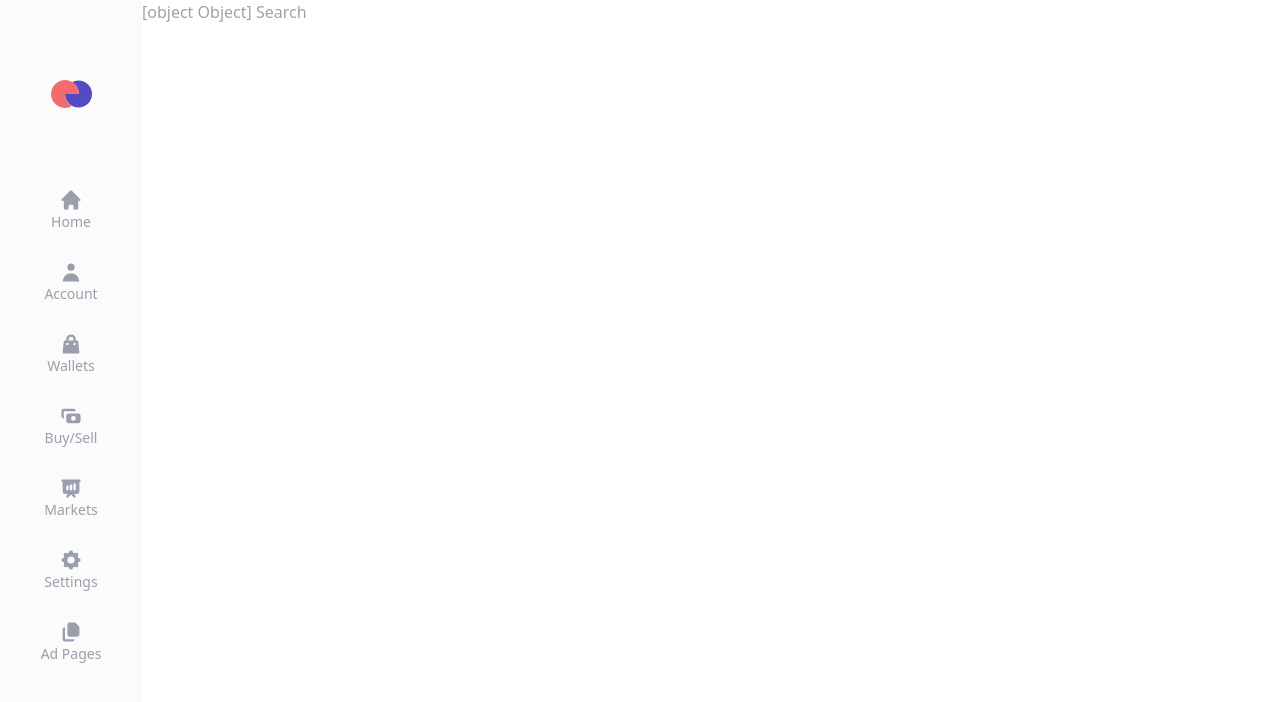
Repository: almaqdad55/crypto-app-nextjs
Page: /
These files come from the project's save history. The page is drawn as it stood at one moment and after the next save; the edit follows.
The browser window is 1280 px wide. The pictures show the whole page.
The project was rebuilt for these pictures with package versions that can differ from the ones it lists, and the page was loaded fresh each time. The framework's server and built-in components were replaced by stand-ins that run in the browser.

Above is the page before, as saved 2022-01-04 19:56:08.

### pages/index.js
import Head from 'next/head';
import Sidebar from '../components/Sidebar';
import Feed from '../components/Feed';

export default function Home() {
  return (
    <div className="">
      <Head>
        <title>Crypto Trade</title>
        <link rel="icon" href="/logo.svg" />
      </Head>

      <main className="flex">
        <Sidebar />
        <Feed />
        {/* Widget */}
      </main>
    </div>
  );
}

### styles/globals.css
@import url('https://fonts.googleapis.com/css2?family=Lato:wght@300;400;700&display=swap');

@tailwind base;
@tailwind components;
@tailwind utilities;

@layer base {
  body {
    @apply bg-white;
  }
}

@layer components {
  .icon-group {
    @apply flex flex-col  items-center text-sm cursor-pointer text-[#9A9FAD] hover:text-[#544AC3] transition duration-200;
  }
}

### components/Sidebar.jsx
import {
  HomeIcon,
  UserIcon,
  CashIcon,
  ShoppingBagIcon,
  PresentationChartBarIcon,
  CogIcon,
  DocumentDuplicateIcon,
} from '@heroicons/react/solid';

const Sidebar = () => {
  return (
    <div className="flex flex-col items-center  h-screen w-[142px]  bg-[#fbfbfb] ">
      <div className="mt-20">
        <img src="/logo.svg" alt="" />
      </div>
      <div className="mb-40 mt-20 flex flex-col space-y-7">
        <div className="icon-group group">
          <HomeIcon className="h-6 " />
          <span className="">Home</span>
        </div>
        <div className="icon-group group">
          <UserIcon className="h-6 " />
          <span className="">Account</span>
        </div>
        <div className="icon-group group">
          <ShoppingBagIcon className="h-6 " />
          <span className="">Wallets</span>
        </div>
        <div className="icon-group group ">
          <CashIcon className="h-6 " />
          <span className="">Buy/Sell</span>
        </div>
        <div className="icon-group group">
          <PresentationChartBarIcon className="h-6 " />
          <span className="">Markets</span>
        </div>
        <div className="icon-group group">
          <CogIcon className="h-6 " />
          <span className="">Settings</span>
        </div>
        <div className="icon-group group">
          <DocumentDuplicateIcon className="h-6 " />
          <span className="">Ad Pages</span>
        </div>
      </div>
    </div>
  );
};

export default Sidebar;

### components/Feed.jsx
import {
  DotsHorizontalIcon,
  PhotographIcon,
  NewspaperIcon,
  SearchIcon,
} from '@heroicons/react/outline';

const Feed = () => {
  return (
    <div className="">
      <div>
        <div className="bg-gray-700 rounded-2xl">
          <input type="text" placeholder={`${(<SearchIcon />)} Search`} />
        </div>
      </div>
    </div>
  );
};

export default Feed;

### tailwind.config.js
module.exports = {
  content: [
    './pages/**/*.{js,ts,jsx,tsx}',
    './components/**/*.{js,ts,jsx,tsx}',
  ],
  theme: {
    extend: {
      fontFamily: {
        Lato: ['Lato', 'sans-serif'],
      },
    },
  },
  plugins: [],
};

Loaded but not shown: pages/_app.js (common file); pages/api/hello.js (common file); pages/api/city.js (no copy from this time; the picture is the same without it); pages/api/getYTData.js (no copy from this time; the picture is the same without it)

After the next save:
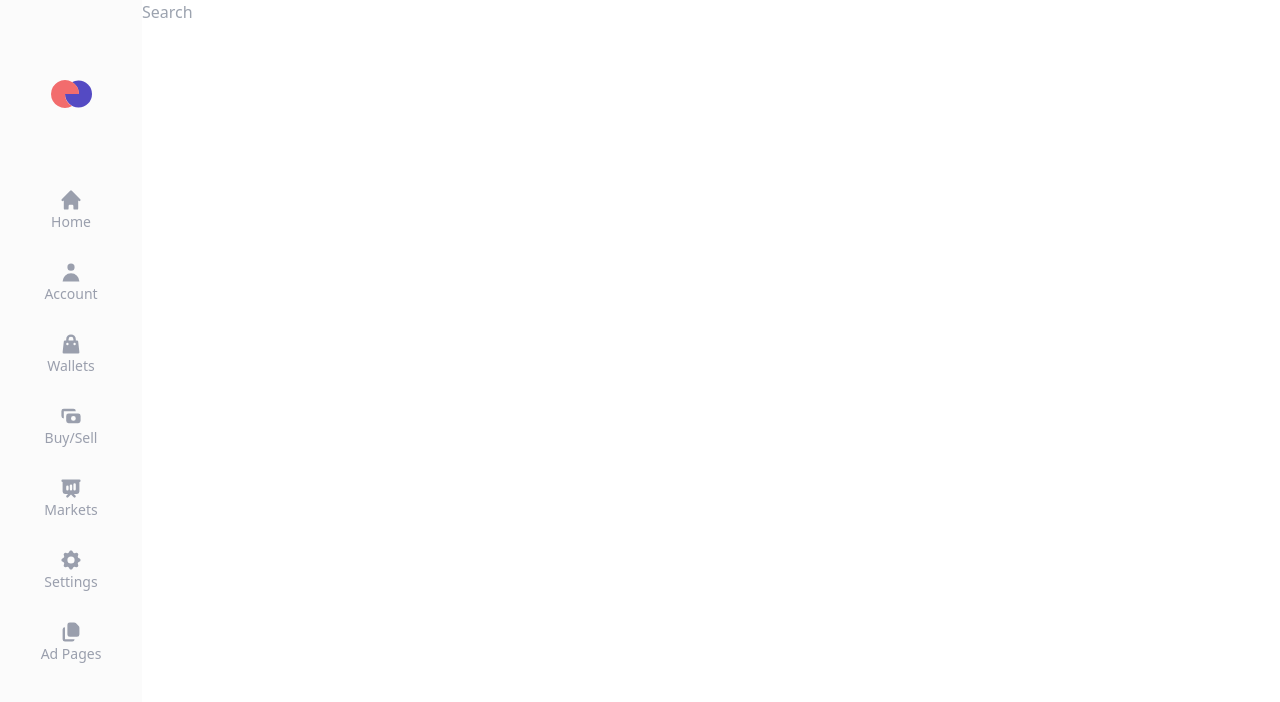
Saved 32 s later.
--- a/components/Feed.jsx
+++ b/components/Feed.jsx
@@ -10,7 +10,7 @@ const Feed = () => {
     <div className="">
       <div>
         <div className="bg-gray-700 rounded-2xl">
-          <input type="text" placeholder={`${(<SearchIcon />)} Search`} />
+          <input type="text" placeholder={`Search`} />
         </div>
       </div>
     </div>
